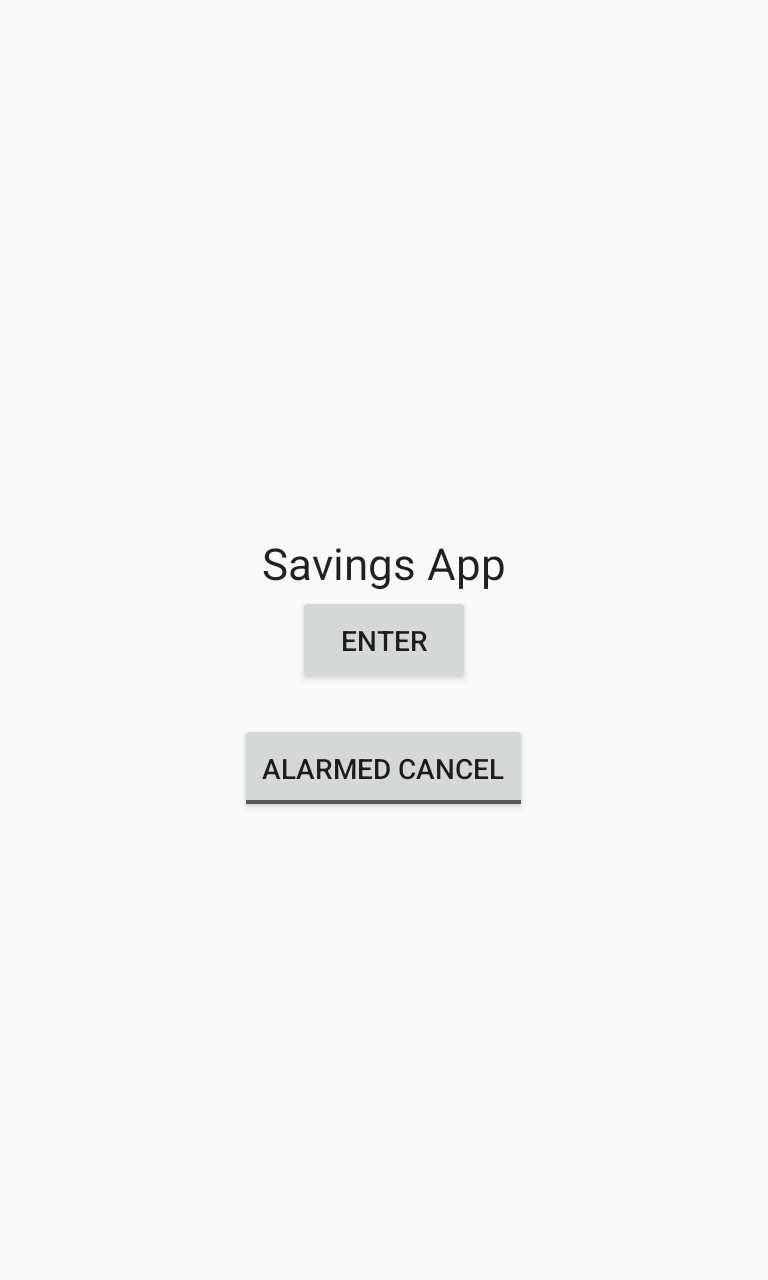
Repository: japheth-starita/SavingsApp
Layout: SavingsApp/res/layout/activity_main.xml
These files come from the project's save history. The layout is drawn as it stood at one moment and after the next save; the edit follows.
It is drawn on a 768 x 1280 px phone screen (xhdpi) without system bars, with theme AppTheme; the app's code is not run.

Above is the layout before, as saved 2016-02-27 09:20:08.

### SavingsApp/res/layout/activity_main.xml
<RelativeLayout xmlns:android="http://schemas.android.com/apk/res/android"
    xmlns:tools="http://schemas.android.com/tools"
    android:layout_width="match_parent"
    android:layout_height="match_parent"
    android:paddingBottom="@dimen/activity_vertical_margin"
    android:paddingLeft="@dimen/activity_horizontal_margin"
    android:paddingRight="@dimen/activity_horizontal_margin"
    android:paddingTop="@dimen/activity_vertical_margin"
    tools:context="com.cobaltsteel.savingsapp.MainActivity" >

    <TextView
        android:id="@+id/textView1"
        android:layout_width="wrap_content"
        android:layout_height="wrap_content"
        android:layout_above="@+id/btnStart"
        android:layout_centerHorizontal="true"
        android:text="Savings App"
        android:textAppearance="?android:attr/textAppearanceLarge" />

    <Button
        android:id="@+id/btnStart"
        android:layout_width="wrap_content"
        android:layout_height="wrap_content"
        android:layout_centerHorizontal="true"
        android:layout_centerVertical="true"
        android:onClick="startApp"
        android:text="Enter" />

    <ToggleButton
        android:id="@+id/toggleButton1"
        android:layout_width="wrap_content"
        android:layout_height="wrap_content"
        android:layout_below="@+id/btnStart"
        android:layout_centerHorizontal="true"
        android:layout_marginTop="16dp"
        android:textOn="Alarm is On"
        android:textOff="Alarmed Cancel" />

</RelativeLayout>

Loaded but not shown: SavingsApp/res/values/styles.xml (common file); SavingsApp/res/values-v11/styles.xml (common file); SavingsApp/res/values-v14/styles.xml (common file); SavingsApp/res/values/dimens.xml (common file); SavingsApp/res/values-w820dp/dimens.xml (common file)

After the next save:
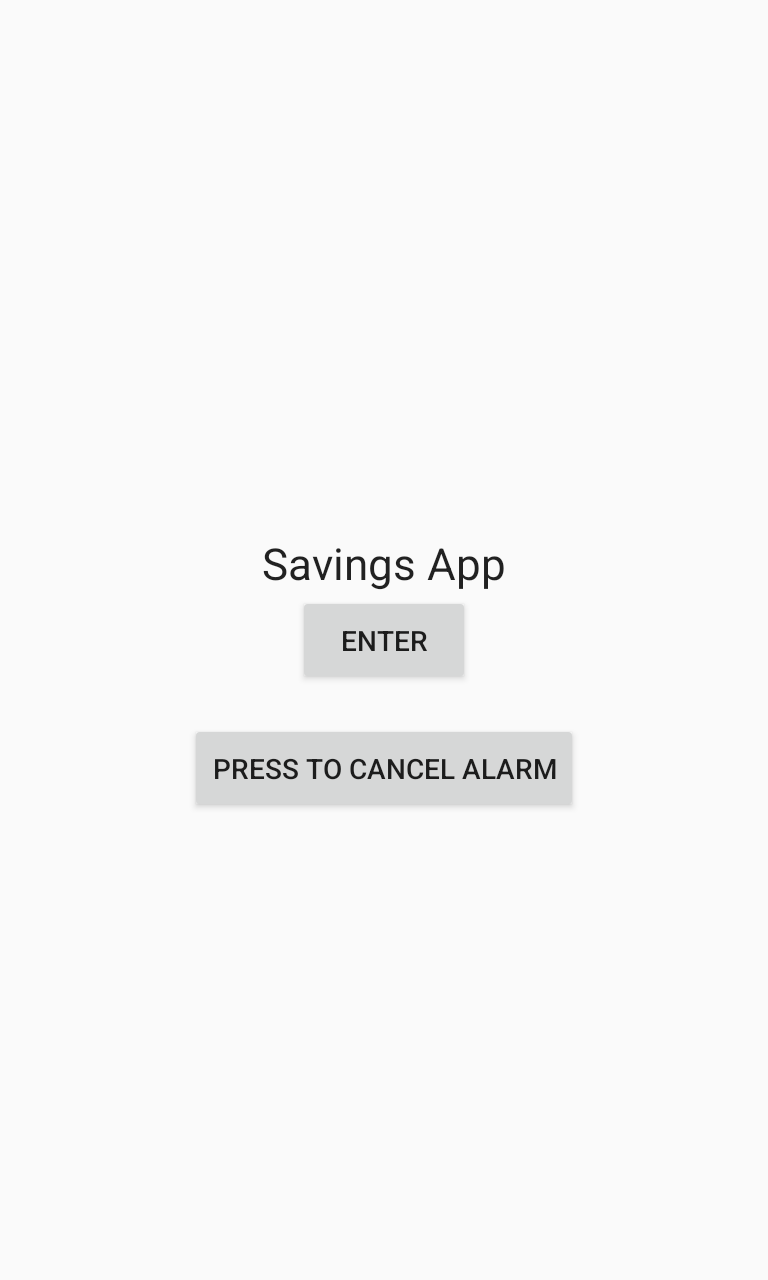
Saved 56 s later.
--- a/SavingsApp/res/layout/activity_main.xml
+++ b/SavingsApp/res/layout/activity_main.xml
@@ -26,14 +26,13 @@
         android:onClick="startApp"
         android:text="Enter" />
 
-    <ToggleButton
+    <Button
         android:id="@+id/toggleButton1"
         android:layout_width="wrap_content"
         android:layout_height="wrap_content"
         android:layout_below="@+id/btnStart"
         android:layout_centerHorizontal="true"
         android:layout_marginTop="16dp"
-        android:textOn="Alarm is On"
-        android:textOff="Alarmed Cancel" />
+        android:text="Press to Cancel Alarm"/>"
 
 </RelativeLayout>
